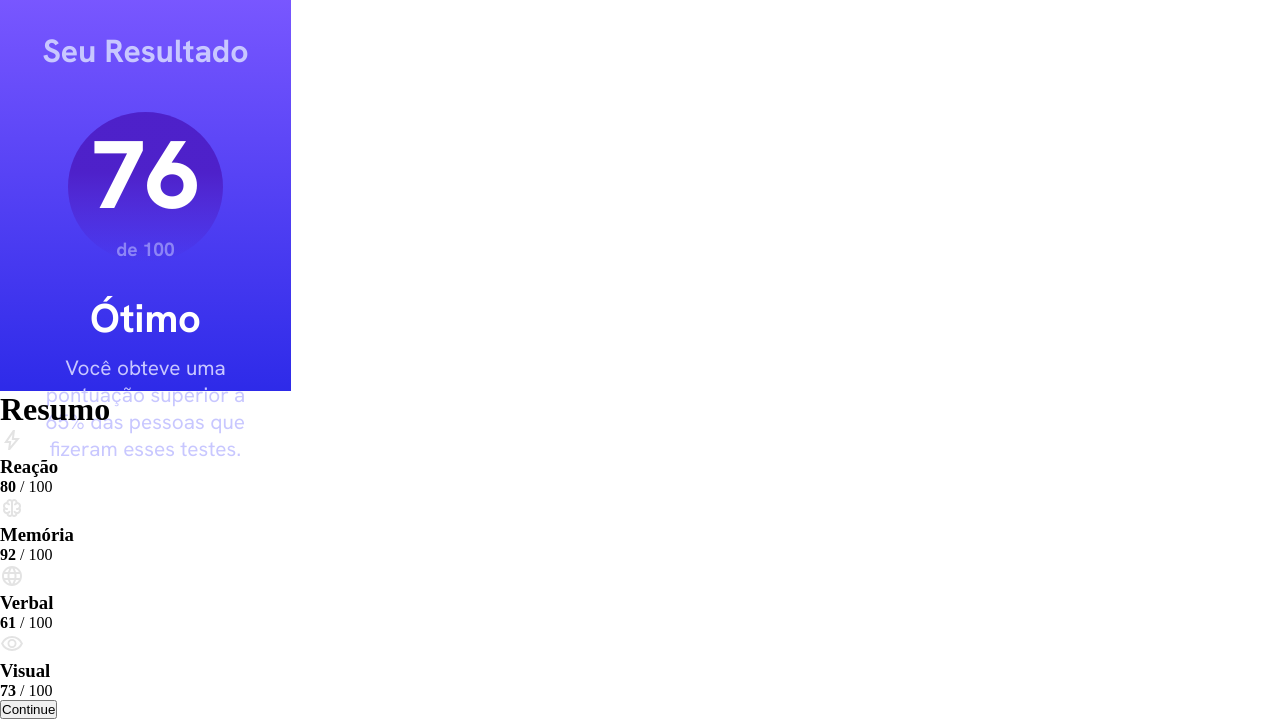
Repository: caique2512/resumo-de-resultados
Page: index.html
The author's editor kept a copy of each file at every save. The page is drawn from the files as they stood at one save, then again after a run of saves.
The browser window is 1280 px wide. The pictures show the whole page.

Above is the page before, as saved 2026-03-09 17:14:48.

After the next 3 saves:
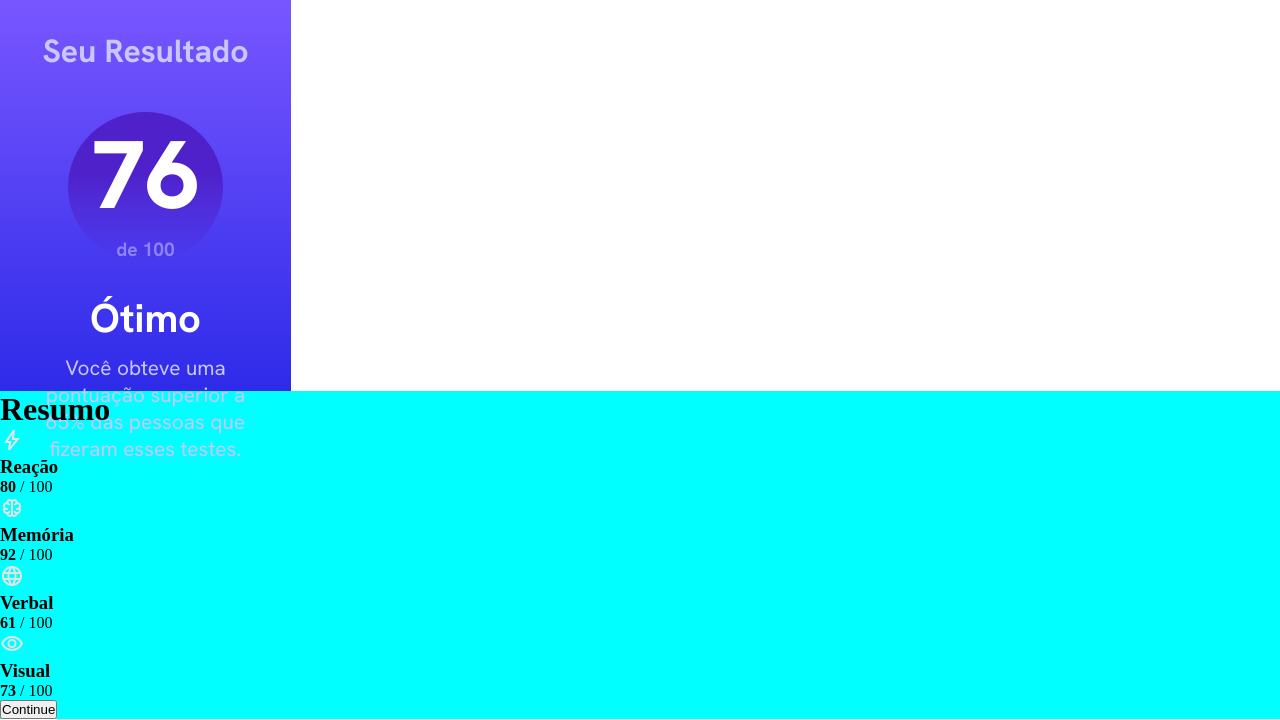
The 3 saves are shown as one change because they came seconds apart.
The last was saved 7 s later.
--- a/src/css/estilos.css
+++ b/src/css/estilos.css
@@ -61,4 +61,6 @@
     font-size: 1.3rem;
 }
 
-.resultado
+.resultado {
+    background-color: aqua;
+}
